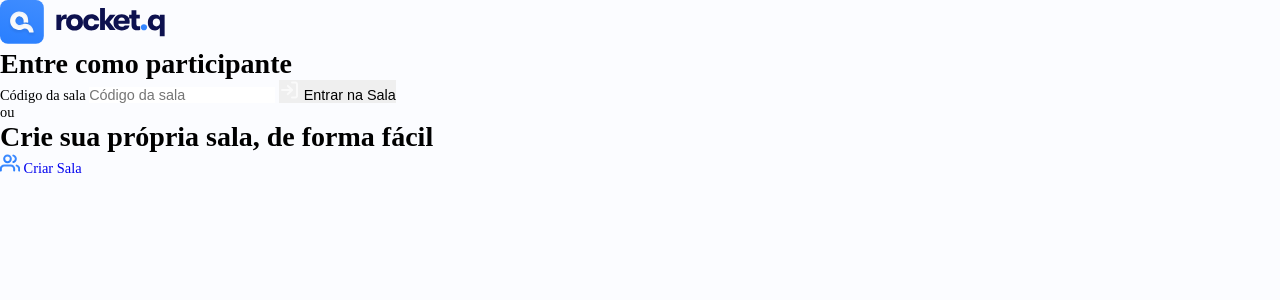
Repository: frnndlima/rocket.q
Page: home.html
These files come from the project's save history. The page is drawn as it stood at one moment and after the next save; the edit follows.
The browser window is 1280 px wide. The pictures show the whole page.

Above is the page before, as saved 2021-08-30 15:18:55.

### home.html
<!DOCTYPE html>
  <head>
    <title>Criar Sala - Rocket.Q</title>
    <link rel="stylesheet" href="styles/global.css" />
    <link rel="stylesheet" href="styles/home.css" />
  </head>
  <body>
    <header>
      <img src="public/images/logo.svg" alt="rocket.q logo"/>
    </header>

    <main>
      <div class="container">
        <section>
          <h2>Entre como participante</h2>
          <form action="">
            <label for="room-id" class="sr-only">Código da sala</label>
            <input type="text" id="room-id" placeholder="Código da sala" />
            <button>
              <img src="public/images/enter-room.svg" alt="Entrar na Sala" />
              Entrar na Sala
            </button>
          </form>
        </section>

        <div class="separator">
          <div></div>
          <div>ou</div>
          <div></div>
        </div>

        <section>
          <h2>Crie sua própria sala, de forma fácil</h2>
          <a href="create-room.html">
            <img src="public/images/users.svg" alt="Criar Sala"> Criar Sala
          </a>
        </section>
      </div>
    </main>
  </body>

</html>

### styles/global.css
* {
  margin: 0;
  padding: 0;
  text-decoration: none;
  box-sizing: border-box;
  border: none;
}

html {
  --black: #0D114F;
  --white: #FAFAFA;
  --red: #E83F5B;
  --light-blue: #E0ECFF;
  --blue: #3485FF;
  --background: #FBFCFF;
  --overlay: #040911;
  --icons-details: #A5B0C1;

  --grey-dark: #4D5E77;
  --grey-blue: #A1B2CD;
  --grey-medium: #D3D9E2;
  --grey-light: #E5EAF1;

  font-size: 62.5%;
}

h2 {
  font-size: 2.8rem;
}

body {
  height: 100vh;
  width: 100vw;
  background: var(--background);
}

body, input, button, textarea {
  font-size: clamp(14px, 1.6rem, 2vh)
}

Loaded but not shown: styles/home.css (no stored copy; drawn as an empty file)

After the next save:
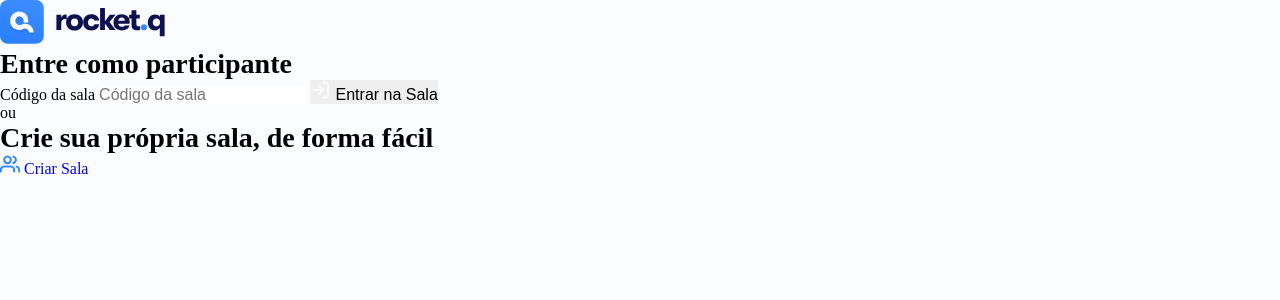
Saved 5 s later.
--- a/styles/global.css
+++ b/styles/global.css
@@ -35,5 +35,5 @@
 }
 
 body, input, button, textarea {
-  font-size: clamp(14px, 1.6rem, 2vh)
+  font-size: clamp(14px, 1.6rem, 2vw);
 }
